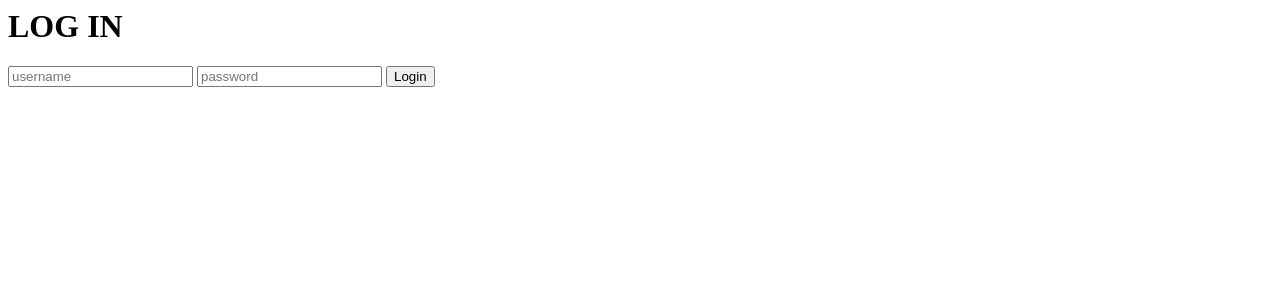
Repository: ZhenyuanBo/Web-Development-Boot-Camp
Page: http://localhost/login
The author's editor kept a record of every edit. The page is drawn from the files as they stood at one moment, then again after the next edit.
The browser window is 1280 px wide. The pictures show the whole page.
The page is served by the project's Node server (Authentication/AuthDemo/app.js). Other server files are loaded and not shown.

Above is the page before.

### workspace/Authentication/AuthDemo/views/login.ejs
<h1>LOG IN</h1>

<form action="/login" method = "POST">
    <input type="text" name="username" placeholder = "username">
    <input type="password" name="password" placeholder = "password">
    <button>Login</button>
</form>

### workspace/Authentication/AuthDemo/app.js
var express = require("express"),
    app = express(),
    mongoose = require("mongoose"),
    passport = require("passport"),
    bodyParser = require("body-parser"),
    User = require("./models/user"),
    LocalStrategy = require("passport-local"),
    passportLocalMongoose = require("passport-local-mongoose");

//connect to the database
mongoose.connect("mongodb://localhost/auth_demo_app");

app.use(require("express-session")({
    secret: "Rusty is the best and cutest dog in the world",
    resave: false,
    saveUninitialized: false
}));

app.set('view engine', 'ejs');
//we need these two lines anytime when we use passport
app.use(passport.initialize());
app.use(passport.session());
app.use(bodyParser.urlencoded({extended: true}));

passport.use(new LocalStrategy(User.authenticate()));

//take the data from the session and encode it
passport.serializeUser(User.serializeUser());
//decode it
//serializeUser() and deserializeUser() function have been defined in the passportLocalMongoose func.
passport.deserializeUser(User.deserializeUser());

// ==============
// ROUTES
// ==============


app.get("/", function(req, res){
    res.render("home");
});

app.get("/secret", isLoggedIn, function(req,res){
    res.render("secret");
});

// Auth Routes
// show sign up form
app.get("/register", function(req, res){
    res.render("register");
});

//handling user sign up
app.post("/register", function(req, res){
    req.body.username
    req.body.password
    //we don't save the password to the database and register() will hash the password
    User.register(new User({username: req.body.username}), req.body.password, function(err, user){
        if(err){
            console.log(err);
            return res.render('register');
        }
        //using passport-local
        passport.authenticate("local")(req,res, function(){
            //once registered, we can go to the secret page
            res.redirect("/secret");
        });
    });
});

// Login routes
// render login form
app.get("/login", function(req, res){
    res.render("login");
});

// login logic
// middleware - passport.authenticate, run before the final call back
// can have multiple middleware
app.post("/login", passport.authenticate("local",{
    successRedirect: "/secret",
    failureRedirect: "/login"
}), function(req, res){
});

// log out route
app.get("/logout", function(req, res){
    //destroy the session
    req.logout();
    res.redirect("/");
});

//custom middleware
function isLoggedIn(req, res, next){
    if(req.isAuthenticated()){
        return next();
    }
    res.redirect("/login");
}

app.listen(process.env.PORT, process.env.IP, function(){
    console.log("SERVER started!");
});

After the next edit:
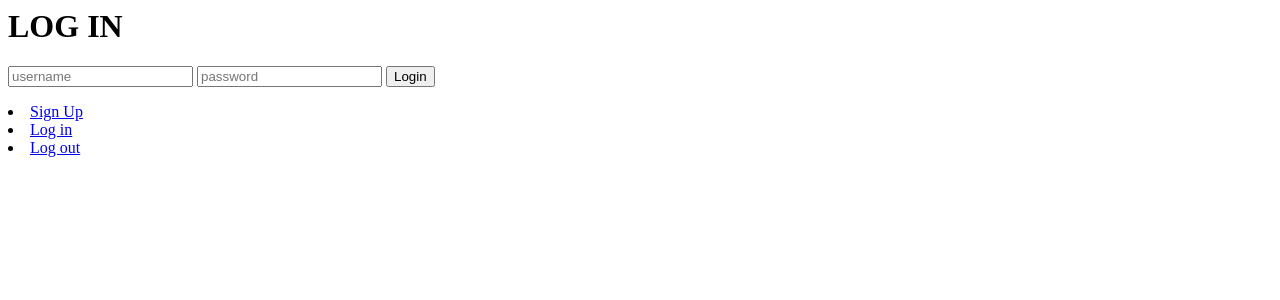
The edit:
--- a/workspace/Authentication/AuthDemo/views/login.ejs
+++ b/workspace/Authentication/AuthDemo/views/login.ejs
@@ -5,3 +5,7 @@
     <input type="password" name="password" placeholder = "password">
     <button>Login</button>
 </form>
+
+<li><a href="/register">Sign Up</a></li>
+<li><a href="/login">Log in</a></li>
+<li><a href="/logout">Log out</a></li>
